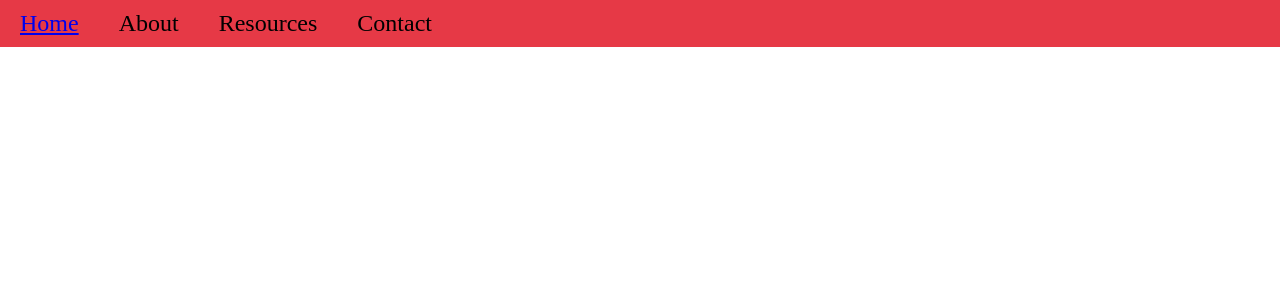
Repository: rdass1/COM421-FinalProject
Page: Website/index.html
An editor plug-in stored every save of this project. The page is shown before and after a run of saves, followed by the edit.
The browser window is 1280 px wide. The pictures show the whole page.

Above is the page before, as saved 2021-05-11 22:54:05.

### Website/index.html
<!DOCTYPE html>
<html>
    <head>
        <meta charset="UTF-8">
        <meta name="description" content="Take It To the Streets is a non-profit organization that helps people find information on how to fight their tickets. ">
        <meta name="author" content="Group 2">
        <meta name="viewport" content="width=device-width, initial-scale=1.0">
        <link rel="stylesheet" type="text/css" href="css/index.css">
        <title>Take It To The Streets</title>
    </head>
    <body>
        <header>
            <div id = "navbar">
                <nav>
                    <ul>
                        <li><a href="#home">Home</a></li>
                        <li>About</li>
                        <li>Resources</li>
                        <li>Contact</li>
                    </ul>

                </nav>
            </div>
        </header>

    </body>
</html>

### Website/css/index.css
body{
    margin:0px;
}

header{
    background-color: #e63946;
    width: 100%;
    height: 6%;
    display: flex;
    justify-content: flex-start;
    margin: 0px;
    padding: 0px;

}

#navbar nav{
    display: flex;


}

#navbar ul{
    margin: 0px;
    padding: 0px;
    overflow: hidden;
    list-style: none;
}

#navbar li{
    margin: 0px;
    padding: 10px 20px 10px 20px;
    font-size: 1.5rem;
    float:left;

}

After the next 2 saves:
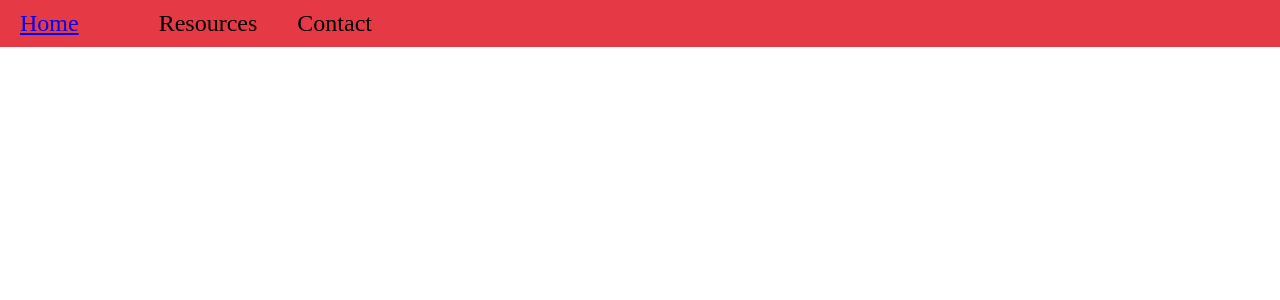
The 2 saves are shown as one change because they came seconds apart.
The last was saved 17 s later.
--- a/Website/index.html
+++ b/Website/index.html
@@ -14,7 +14,7 @@
                 <nav>
                     <ul>
                         <li><a href="#home">Home</a></li>
-                        <li>About</li>
+                        <li><a></a></li>
                         <li>Resources</li>
                         <li>Contact</li>
                     </ul>
